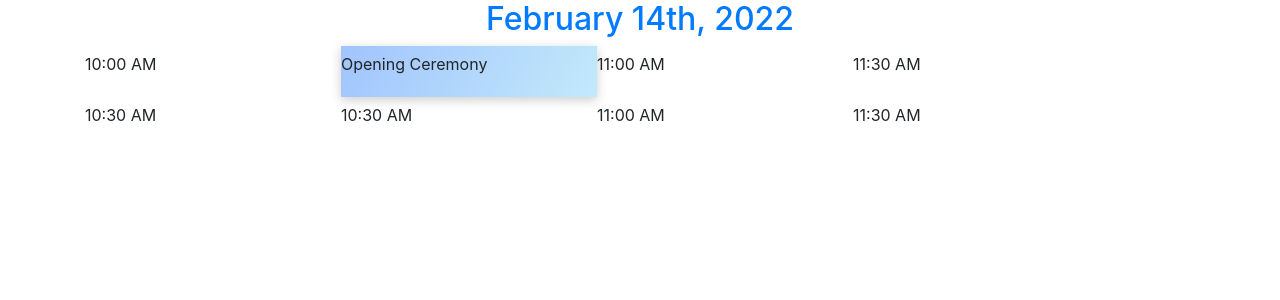
Repository: BaileyLuu/yuHacks2022
Page: public/schedule.html
An editor plug-in stored every save of this project. The page is shown before and after the next save, followed by the edit.
The browser window is 1280 px wide. The pictures show the whole page.
Some web libraries are served in a nearby version.

Above is the page before, as saved 2021-11-20 12:40:40.

### public/schedule.html
<!DOCTYPE html>
<html lang="en">

<head>
    <meta charset="UTF-8">
    <meta http-equiv="X-UA-Compatible" content="IE=edge">
    <meta name="viewport" content="width=device-width, initial-scale=1.0">

    <script src="https://ajax.googleapis.com/ajax/libs/jquery/3.5.1/jquery.min.js"></script>

    <!-- Popper JS -->
    <script src="https://cdnjs.cloudflare.com/ajax/libs/popper.js/1.12.9/umd/popper.min.js"
        integrity="sha384-ApNbgh9B+Y1QKtv3Rn7W3mgPxhU9K/ScQsAP7hUibX39j7fakFPskvXusvfa0b4Q"
        crossorigin="anonymous"></script>

    <!-- Latest compiled JavaScript -->
    <script src="https://maxcdn.bootstrapcdn.com/bootstrap/4.0.0/js/bootstrap.min.js"
        integrity="sha384-JZR6Spejh4U02d8jOt6vLEHfe/JQGiRRSQQxSfFWpi1MquVdAyjUar5+76PVCmYl"
        crossorigin="anonymous"></script>

    <!-- Latest compiled and minified CSS -->
    <link rel="stylesheet" href="https://maxcdn.bootstrapcdn.com/bootstrap/4.0.0/css/bootstrap.min.css"
        integrity="sha384-Gn5384xqQ1aoWXA+058RXPxPg6fy4IWvTNh0E263XmFcJlSAwiGgFAW/dAiS6JXm" crossorigin="anonymous">

    <!-- AOS CSS Library CDN -->
    <link href="https://unpkg.com/aos@2.3.1/dist/aos.css" rel="stylesheet">
    <!-- Bootstrap Icons -->
    <link rel="stylesheet" href="https://cdn.jsdelivr.net/npm/bootstrap-icons@1.7.0/font/bootstrap-icons.css">



    <script src="https://code.jquery.com/jquery-3.2.1.slim.min.js"
        integrity="sha384-KJ3o2DKtIkvYIK3UENzmM7KCkRr/rE9/Qpg6aAZGJwFDMVNA/GpGFF93hXpG5KkN"
        crossorigin="anonymous"></script>
    <link rel="stylesheet" href="./schedule.css">
    <script src="schedule.js"></script>
    <script src="https://ajax.googleapis.com/ajax/libs/jquery/3.3.1/jquery.min.js"></script>
    <title>yuHacks Schedule</title>
</head>

<body>
    <section class="">
        <div class="container">
            <h2 class="text-primary title text-center">February 14th, 2022</h1>

                <!-- <div class="row row-cols-2">
          <div class="col">Column</div>
          <div class="col">Column</div>
          <div class="col">Column</div>
          <div class="col">Column</div>
          <div class="col">Column</div>
          <div class="col">Column</div>

        </div>
        <div class="row row-cols-2">
            <div class="col">Column</div>
            <div class="col">Column</div>
            <div class="col">Column</div>
            <div class="col">Column</div>
            <div class="col">Column</div>
            <div class="col">Column</div>

          </div> -->
                <div class="schedule-table">



                    <div class="box schedule-time">
                        <div class="schedule-time">10:00 AM</div>
                        <div class="schedule-time session-box">Opening Ceremony</div>
                        <div class="schedule-time">11:00 AM</div>
                        <div class="schedule-time">11:30 AM</div>
                        <!-- <div class="schedule-time">12:00 PM</div>
                        <div class="schedule-time">12:30 PM</div>
                        <div class="schedule-time">01:00 PM</div>
                        <div class="schedule-time">01:30 PM</div>
                        <div class="schedule-time">02:00 PM</div>
                        <div class="schedule-time">02:30 PM</div>
                        <div class="schedule-time">03:00 PM</div>
                        <div class="schedule-time">03:30 PM</div>
                        <div class="schedule-time">04:00 PM</div>
                        <div class="schedule-time">04:30 PM</div>
                        <div class="schedule-time">05:00 PM</div>
                        <div class="schedule-time">05:30 PM</div>
                        <div class="schedule-time">06:00 PM</div>
                        <div class="schedule-time">06:30 PM</div>
                        <div class="schedule-time">07:00 PM</div>
                        <div class="schedule-time">07:30 PM</div>
                        <div class="schedule-time">08:00 PM</div>
                        <div class="schedule-time">08:30 PM</div>
                        <div class="schedule-time">09:00 PM</div>
                        <div class="schedule-time">09:30 PM</div>
                        <div class="schedule-time">10:00 PM</div>
                        <div class="schedule-time">10:30 PM</div>
                        <div class="schedule-time">11:00 PM</div>
                        <div class="schedule-time">11:30 PM</div> -->
                    </div>
                    <div class="box schedule-time">
                        <div class="schedule-time">10:30 AM</div>
                        <div class="schedule-time">10:30 AM</div>
                        <div class="schedule-time">11:00 AM</div>
                        <div class="schedule-time">11:30 AM</div>
                    </div>

                    <!-- <div class="col-md-8">
              <div>Introduction to Github</div>
              <div></div>
              <div>Introduction to Bootstrap</div>
          </div> -->

                </div>
        </div>
    </section>

    <script src="https://cdnjs.cloudflare.com/ajax/libs/jquery/3.6.0/jquery.min.js"
        integrity="sha512-894YE6QWD5I59HgZOGReFYm4dnWc1Qt5NtvYSaNcOP+u1T9qYdvdihz0PPSiiqn/+/3e7Jo4EaG7TubfWGUrMQ=="
        crossorigin="anonymous" referrerpolicy="no-referrer"></script>
    <!-- Option 1: Bootstrap Bundle with Popper -->
    <script src="https://cdn.jsdelivr.net/npm/bootstrap@5.1.3/dist/js/bootstrap.bundle.min.js"
        integrity="sha384-ka7Sk0Gln4gmtz2MlQnikT1wXgYsOg+OMhuP+IlRH9sENBO0LRn5q+8nbTov4+1p"
        crossorigin="anonymous"></script>

    <script src="https://unpkg.com/aos@2.3.1/dist/aos.js"></script>
    <script>
        AOS.init({
            offset: 500,
            duration: 800,
            once: true,
        }

        );
    </script>
</body>

</html>

### public/schedule.css
/* body {
    background-color: #141c3c;
  } */

.schedule-time{
  display:flex;
  flex-direction: column;
  width:20vw;
  height:7vh;
  box-sizing: border-box;
  z-index: 50;
  line-height: 5vh;
  flex-wrap: wrap;

}
.session-box{
  background-image: linear-gradient(120deg, #a1c4fd 0%, #c2e9fb 100%);
  box-shadow: 0 3px 10px rgb(0 0 0 / 0.2);
  display:inline-block;
}
.schedule-table{
  display:flex;
  flex-direction:column;

}
.box>* {
  flex: 1 1 80px;
}

Loaded but not shown: public/schedule.js (no copy from this time; the picture is the same without it)

After the next save:
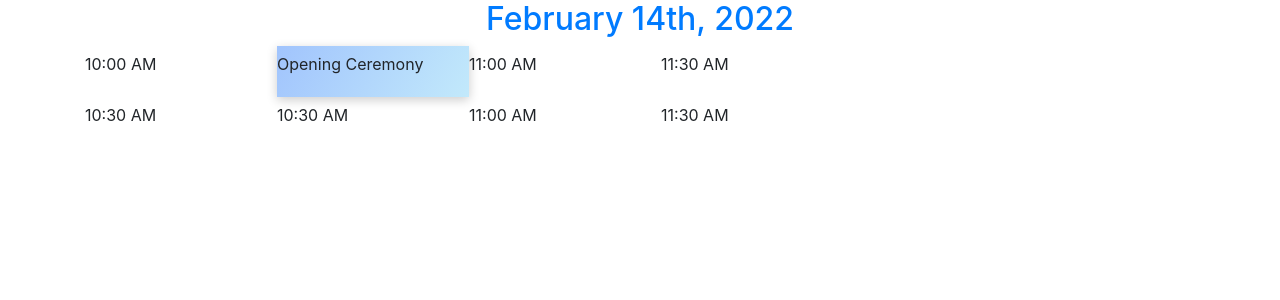
Saved 18 s later.
--- a/public/schedule.css
+++ b/public/schedule.css
@@ -5,7 +5,7 @@
 .schedule-time{
   display:flex;
   flex-direction: column;
-  width:20vw;
+  width:15vw;
   height:7vh;
   box-sizing: border-box;
   z-index: 50;
